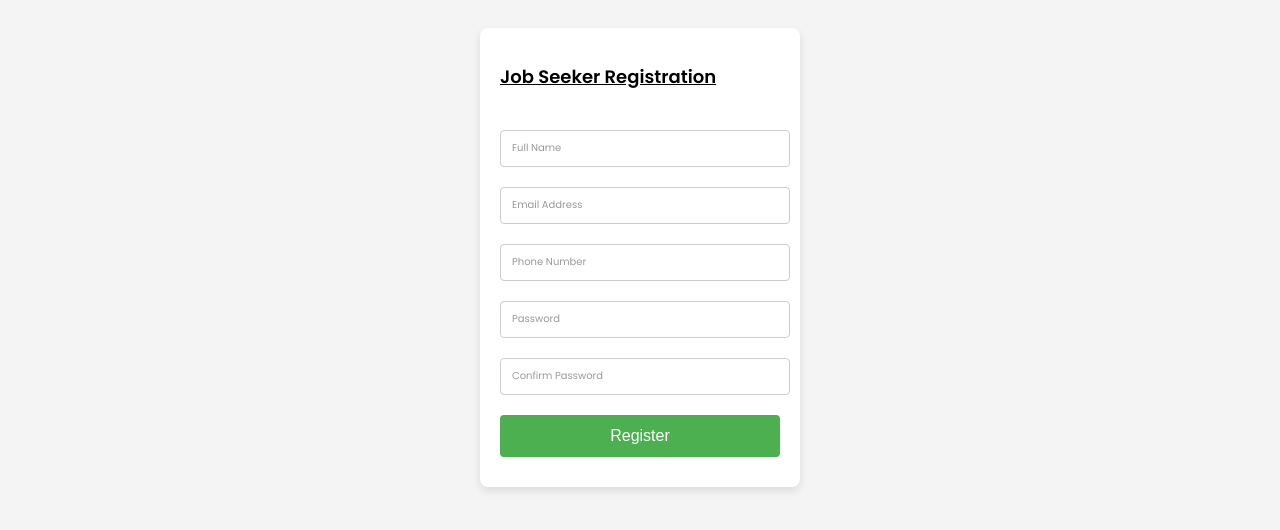
Repository: parthsabhani/Job_Portal_JSP_Servlet
Page: http://localhost/Job_Portal/jobSeekerRegistration.jsp
These files come from the project's save history. The page is drawn as it stood at one moment and after the next save; the edit follows.
The browser window is 1280 px wide. The pictures show the whole page.
The page is served by Tomcat 10.

Above is the page before, as saved 2025-04-22 08:12:24.

After the next save:
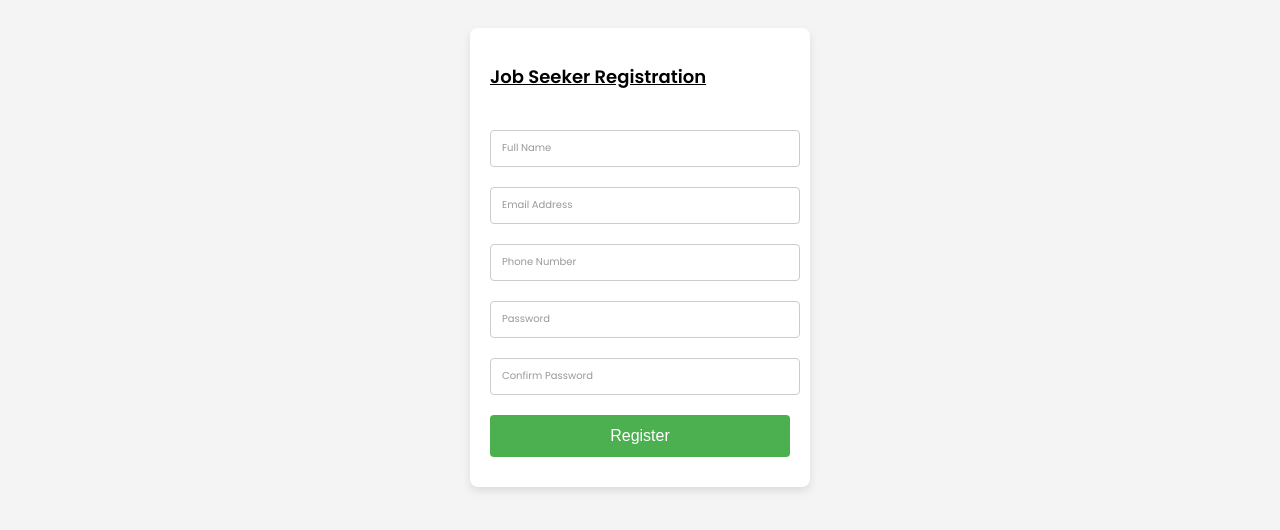
Saved 15 s later.
--- a/Job_Portal/src/main/webapp/jobSeekerRegistration.jsp
+++ b/Job_Portal/src/main/webapp/jobSeekerRegistration.jsp
@@ -29,7 +29,7 @@
             box-shadow: 0 4px 8px rgba(0, 0, 0, 0.1);
             width: 100%;
             font-size: 12px;
-            max-width: 280px;
+            max-width: 300px;
         }
 
         h2 {
